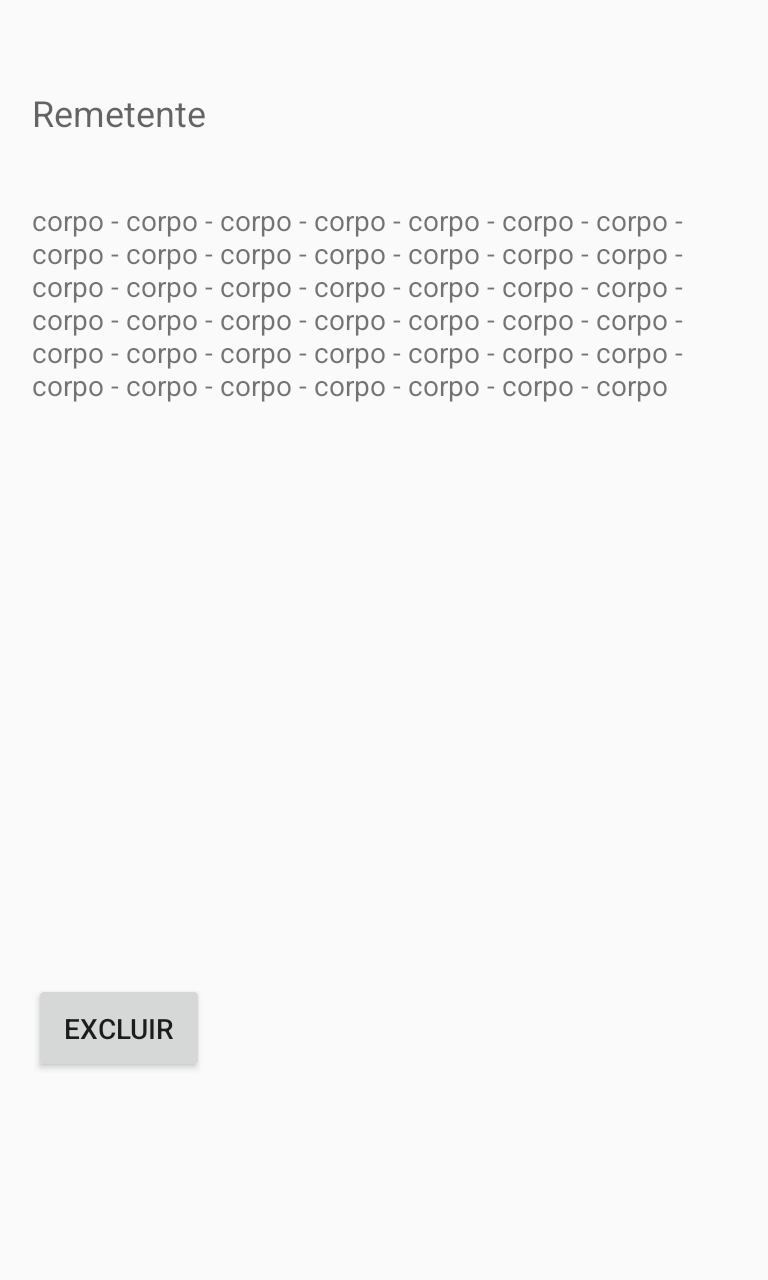
Repository: italogmm/gitMobile
Layout: notificacoesUfg/res/layout/fragment_consulta_notificacao.xml
The author's editor kept a copy of each file at every save. The layout is drawn from the files as they stood at one save, then again after the next save.
It is drawn on a 768 x 1280 px phone screen (xhdpi) without system bars, with theme AppTheme; the app's code is not run.

Above is the layout before, as saved 2014-06-20 18:23:56.

### notificacoesUfg/res/layout/fragment_consulta_notificacao.xml
<RelativeLayout xmlns:android="http://schemas.android.com/apk/res/android"
    xmlns:tools="http://schemas.android.com/tools"
    android:layout_width="match_parent"
    android:layout_height="match_parent"
    android:paddingBottom="@dimen/activity_vertical_margin"
    android:paddingLeft="@dimen/activity_horizontal_margin"
    android:paddingRight="@dimen/activity_horizontal_margin"
    android:paddingTop="@dimen/activity_vertical_margin"
    tools:context="com.ufg.notificacoes.ConsultaNotificacao$PlaceholderFragment" >

    <TextView
        android:id="@+id/remetente"
        android:layout_width="wrap_content"
        android:layout_height="wrap_content"
        android:layout_alignLeft="@+id/corpo"
        android:layout_alignParentTop="true"
        android:layout_marginTop="28dp"
        android:text="Remetente"
        android:textAppearance="?android:attr/textAppearanceMedium" />

    <TextView
        android:id="@+id/corpo"
        android:layout_width="wrap_content"
        android:layout_height="wrap_content"
        android:layout_below="@+id/remetente"
        android:layout_centerHorizontal="true"
        android:layout_marginTop="32dp"
        android:text="corpo - corpo - corpo - corpo - corpo - corpo - corpo - corpo - corpo - corpo - corpo - corpo - corpo - corpo - corpo - corpo - corpo - corpo - corpo - corpo - corpo - corpo - corpo - corpo - corpo - corpo - corpo - corpo - corpo - corpo - corpo - corpo - corpo - corpo - corpo - corpo - corpo - corpo - corpo - corpo - corpo - corpo" />

    <Button
        android:id="@+id/excluir"
        android:layout_width="wrap_content"
        android:layout_height="wrap_content"
        android:layout_alignParentBottom="true"
        android:layout_alignRight="@+id/remetente"
        android:layout_marginBottom="86dp"
        android:text="Excluir" />

</RelativeLayout>

Loaded but not shown: notificacoesUfg/res/values/styles.xml (common file); notificacoesUfg/res/values-v11/styles.xml (common file); notificacoesUfg/res/values-v14/styles.xml (common file); notificacoesUfg/res/values/dimens.xml (common file); notificacoesUfg/res/values-w820dp/dimens.xml (common file)

After the next save:
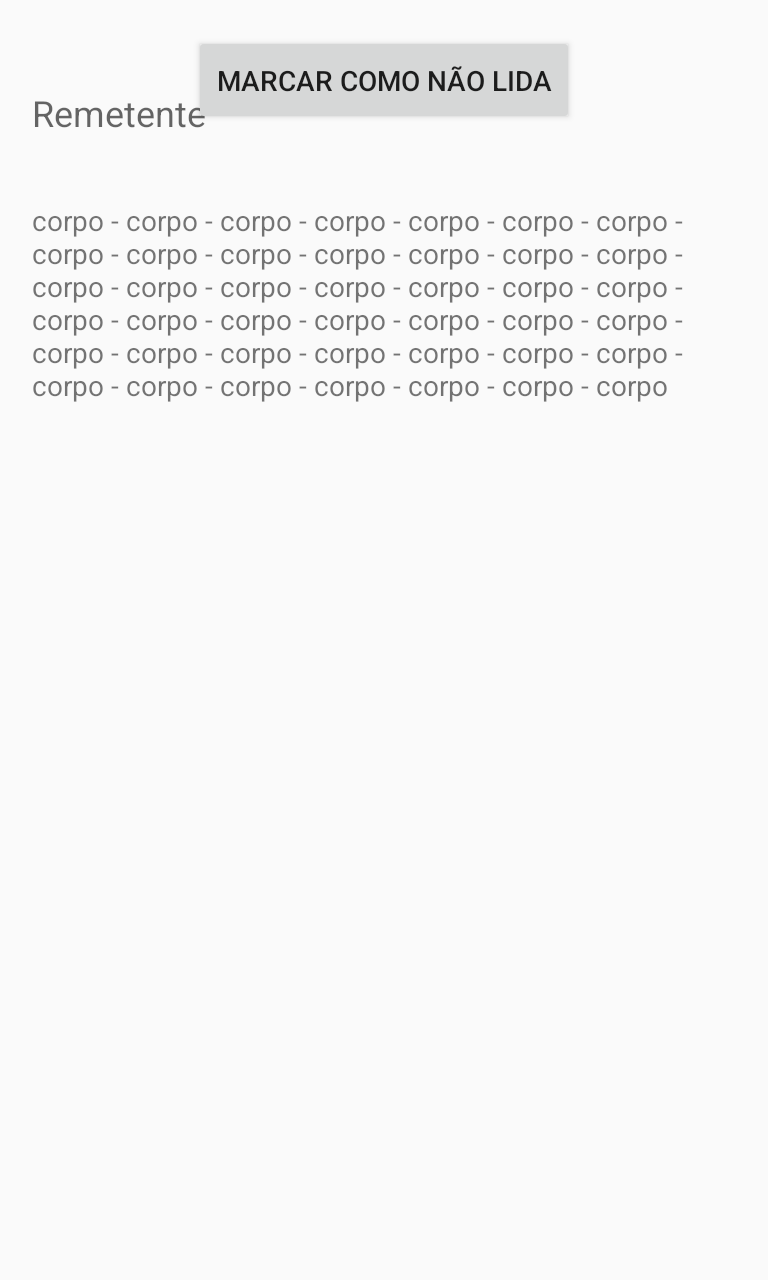
Saved 6 s later.
--- a/notificacoesUfg/res/layout/fragment_consulta_notificacao.xml
+++ b/notificacoesUfg/res/layout/fragment_consulta_notificacao.xml
@@ -28,12 +28,11 @@
         android:text="corpo - corpo - corpo - corpo - corpo - corpo - corpo - corpo - corpo - corpo - corpo - corpo - corpo - corpo - corpo - corpo - corpo - corpo - corpo - corpo - corpo - corpo - corpo - corpo - corpo - corpo - corpo - corpo - corpo - corpo - corpo - corpo - corpo - corpo - corpo - corpo - corpo - corpo - corpo - corpo - corpo - corpo" />
 
     <Button
-        android:id="@+id/excluir"
+        android:id="@+id/marcarComoNaoLidaBtn"
         android:layout_width="wrap_content"
         android:layout_height="wrap_content"
-        android:layout_alignParentBottom="true"
-        android:layout_alignRight="@+id/remetente"
-        android:layout_marginBottom="86dp"
-        android:text="Excluir" />
+        android:layout_below="@+id/excluir"
+        android:layout_centerHorizontal="true"
+        android:text="Marcar como não lida" />
 
 </RelativeLayout>
